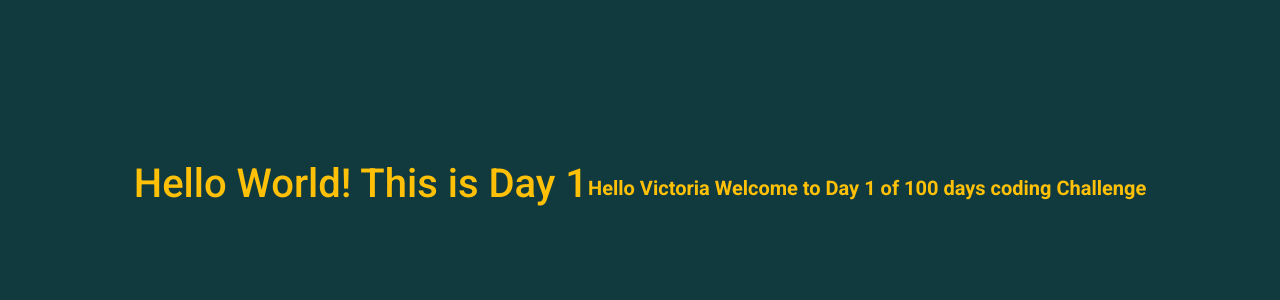
Repository: VickyJacob23/100DaysOfCoding
Page: day1/index.html
These files come from the project's save history. The page is drawn as it stood at one moment and after the next save; the edit follows.
The browser window is 1280 px wide. The pictures show the whole page.

Above is the page before, as saved 2024-08-14 12:13:24.

After the next save:
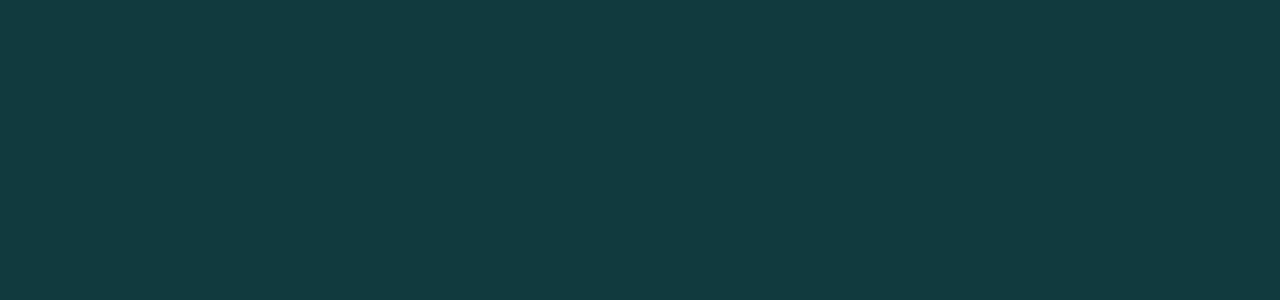
Console error: SyntaxError: Invalid or unexpected token
Saved 28 min 10 s later.
--- a/day1/script.js
+++ b/day1/script.js
@@ -1,5 +1,5 @@
 document.write("<h1>Hello World! This is Day 1</h1>"); // how to use HTML tags in JS
-
+\n
 let firstCode = "Hello Victoria Welcome to Day 1 of 100 days coding Challenge";
 document.write(firstCode); // display on the user interface
 

After the save that followed:
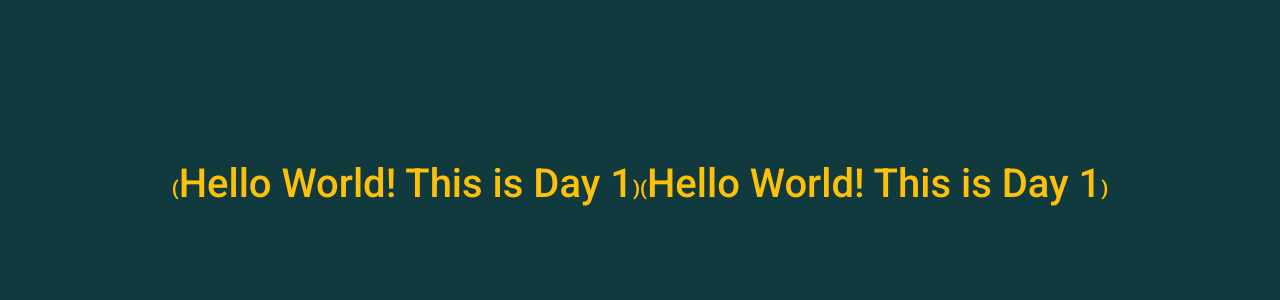
The error is gone.
Saved 7 min 6 s later.
--- a/day1/script.js
+++ b/day1/script.js
@@ -1,6 +1,7 @@
-document.write("<h1>Hello World! This is Day 1</h1>"); // how to use HTML tags in JS
-\n
-let firstCode = "Hello Victoria Welcome to Day 1 of 100 days coding Challenge";
+let firstCode = "(<h1>Hello World! This is Day 1</h1>)";
+document.write(firstCode); // how to use HTML tags in JS
+
+let name = "Hello Victoria Welcome to Day 1 of 100 days coding Challenge";
 document.write(firstCode); // display on the user interface
 
 console.log(firstCode); // display in the console output
